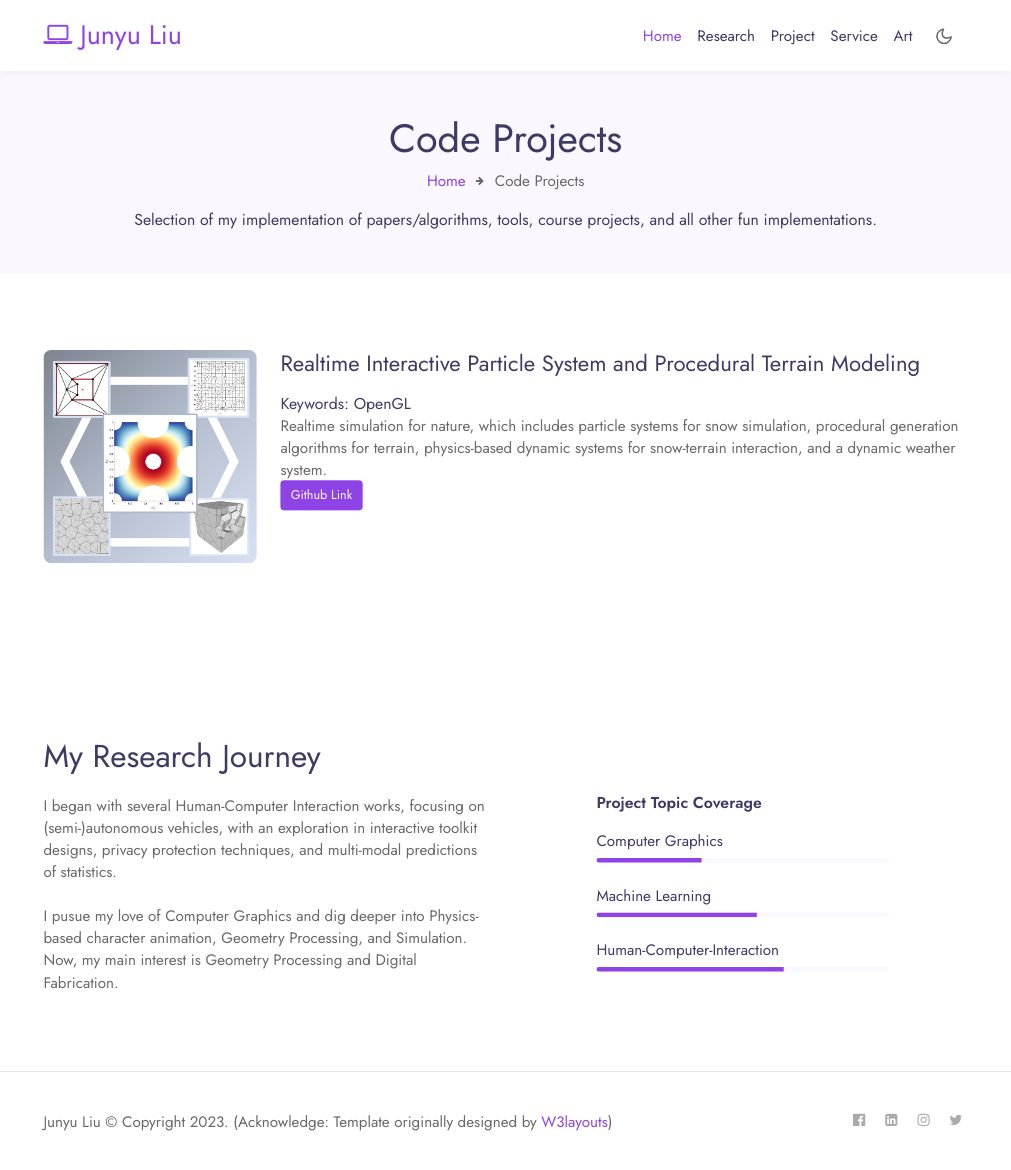
Repository: Junyu-Liu-Nate/junyu-liu-nate.github.io
Page: project.html
These files come from the project's save history. The page is drawn as it stood at one moment and after a run of saves; the edit follows.
The browser window is 1280 px wide. The pictures show the whole page, at 79% of full size.

Above is the page before, as saved 2024-04-10 18:06:59.
Console error: TypeError: Cannot read properties of null (reading 'classList')

### project.html
<!--
Author: Junyu Liu
Author: W3layouts
Author URL: http://w3layouts.com
-->
<!doctype html>
<html lang="en">

<head>
  <!-- Required meta tags -->
  <meta charset="utf-8">
  <meta name="viewport" content="width=device-width, initial-scale=1, shrink-to-fit=no">

  <title>Junyu Liu - Projects</title>

  <!-- google fonts -->
  <link href="//fonts.googleapis.com/css2?family=Jost:wght@300;400;600&display=swap" rel="stylesheet">

  <!-- Template CSS -->
  <link rel="stylesheet" href="assets/css/style-starter.css">
</head>

<body>
<!-- header -->
<header id="site-header" class="fixed-top">
  <div class="container">
      <nav class="navbar navbar-expand-lg stroke">
          <a class="navbar-brand" href="index.html">
              <span class="fa fa-laptop"></span> Junyu Liu
          </a>
          <!-- if logo is image enable this
      <a class="navbar-brand" href="#index.html">
          <img src="image-path" alt="Your logo" title="Your logo" style="height:35px;" />
      </a> -->
          <button class="navbar-toggler  collapsed bg-gradient" type="button" data-toggle="collapse"
              data-target="#navbarTogglerDemo02" aria-controls="navbarTogglerDemo02" aria-expanded="false"
              aria-label="Toggle navigation">
              <span class="navbar-toggler-icon fa icon-expand fa-bars"></span>
              <span class="navbar-toggler-icon fa icon-close fa-times"></span>
              </span>
          </button>

          <div class="collapse navbar-collapse" id="navbarTogglerDemo02">
            <ul class="navbar-nav ml-auto">
                <li class="nav-item active">
                    <a class="nav-link" href="index.html">Home <span class="sr-only">(current)</span></a>
                </li>
                <li class="nav-item @@research_active">
                    <a class="nav-link" href="research.html">Research</a>
                </li>
                <li class="nav-item @@project_active">
                  <a class="nav-link" href="project.html">Project</a>
                </li>
                <li class="nav-item @@service_active">
                  <a class="nav-link" href="service.html">Service</a>
                </li>
                <li class="nav-item @@art_active">
                    <a class="nav-link" href="art.html">Art</a>
                </li>
            </ul>
        </div>
          <!-- toggle switch for light and dark theme -->
          <div class="mobile-position">
              <nav class="navigation">
                  <div class="theme-switch-wrapper">
                      <label class="theme-switch" for="checkbox">
                          <input type="checkbox" id="checkbox">
                          <div class="mode-container">
                              <i class="gg-sun"></i>
                              <i class="gg-moon"></i>
                          </div>
                      </label>
                  </div>
              </nav>
          </div>
          <!-- //toggle switch for light and dark theme -->
      </nav>
  </div>
</header>
<!-- //header -->

<!-- about breadcrumb -->
<section class="w3l-about-breadcrumb text-center">
    <div class="breadcrumb-bg breadcrumb-bg-about py-sm-5 py-4">
        <div class="container py-2">
            <h2 class="title">Code Projects</h2>
            <ul class="breadcrumbs-custom-path mt-2">
                <li><a href="index.html">Home</a></li>
                <li class="active"><span class="fa fa-arrow-right mx-2" aria-hidden="true"></span> Code Projects </li>
            </ul>
            <br>
            <h5>Selection of my implementation of papers/algorithms, tools, course projects, and all other fun implementations.</h5>
        </div>
    </div>
</section>
<!-- //about breadcrumb -->

<!-- about page about section -->
<section class="w3l-aboutblock1" id="about">
    <div class="midd-w3 py-5">
        <div class="container py-lg-5 py-md-3">
              <div class="row">
                <div class="col-lg-3">
                  <div class="position-relative">
                      <img src="assets/images/project/thumnail/port-FEM-vs-VEM.png" alt="" class="radius-image img-fluid">
                  </div>
                </div>
                <div class="col-lg-9 mt-lg-0 mt-5">
                    <!-- <h5 class="title-small mb-2">Hello, I am UI/UX Designer</h5> -->
                    <h3 class="title">Realtime Interactive Particle System and Procedural Terrain Modeling</h3>
                    <br>
                    <h5>Keywords: OpenGL</h5>
                    <p>
                      Realtime simulation for nature, which includes particle systems for snow simulation, procedural generation algorithms for terrain, physics-based dynamic systems for snow-terrain interaction, and a dynamic weather system.
                    </p>
                    <!-- <p class="mt-4">Proposed, developed and validated the first formalization method of Feint actions, the Palindrome-directed Generation of Feint. Designed and developed an automatic Feint generation model, FeintNet, to incorporate action-level policy designs with the formalization, enabling the effectiveness of Feint in multi-agent scenarios. The experiment results show that Feint actions brings overall benefits and introduce a great extent of diversity in Multi-Player Games.</p> -->
                    <!-- <div class="my-info mt-4">
                        <div class="single-info"><span>Status:</span>
                            <p>Under Review</p>
                        </div>
                        <div class="single-info"><span>Topic:</span>
                          <p>Geometry Processing, Simulation</p>
                        </div>
                    </div> -->
                    <div>
                      <a href="https://github.com/Junyu-Liu-Nate/Realtime-Interactive-Particle-System-Procedural-Modeling-OpenGL" class="btn btn-primary">Github Link</a>
                      <!-- <a href="https://youtu.be/e83U_-0MTHk" class="btn btn-primary">Video</a> -->
                      <!-- <a href="#download" class="btn btn-primary">Paper</a> -->
                      <!-- <a href="#download" class="btn btn-primary">Code</a> -->
                      <!-- <a href="#download" class="btn btn-primary">Video</a> -->
                    </div>
                    <!-- <div class="my-social mt-lg-3 mt-4">
                        <a href="#download" class="btn btn-style btn-primary">Detailed Info</a>
                        <ul class="social m-0 p-0">
                            <a href="#download" class="btn btn-outline-primary btn-style mr-2">Website</a>
                            <a href="#download" class="btn btn-outline-primary btn-style mr-2">Paper</a>
                            <a href="#download" class="btn btn-outline-primary btn-style mr-2">Code</a>
                        </ul>
                    </div> -->
                </div>
            </div>

            <!-- <p><br>-----------------------------------------------------------------------------------------------------------------------------------------------------------------------------------<br><br></p> -->
            <p><br></p>

        </div>
    </div>
</section>
<!-- //about page about section -->

<!-- about page third section -->
<section class="w3l-content-6 py-5">
    <div class="content-6-mian py-lg-5 py-md-4">
        <div class="container">
            <div class="content-info-in row">
                <div class="content-gd col-lg-6">
                    <h3 class="title-big mb-4">My Research Journey</h3>
                    <p>
                      I began with several Human-Computer Interaction works, focusing on (semi-)autonomous vehicles, with an exploration in interactive toolkit designs, privacy protection techniques, and multi-modal predictions of statistics.
                      <br><br>

                      I pusue my love of Computer Graphics and dig deeper into Physics-based character animation, Geometry Processing, and Simulation. Now, my main interest is Geometry Processing and Digital Fabrication.
                    </p>
                </div>
                <div class="content-gd col-lg-4 offset-lg-1">
                    <br><br><br>
                    <h5><b>Project Topic Coverage</b></h5><br>
                    <div class="progress-info">
                        <h6 class="progress-tittle">Computer Graphics</h6>
                        <div class="progress">
                            <div class="progress-bar progress-bar-striped" role="progressbar" style="width: 36%"
                                aria-valuenow="36" aria-valuemin="0" aria-valuemax="100">
                            </div>
                        </div>
                    </div>
                    <div class="progress-info">
                        <h6 class="progress-tittle">Machine Learning
                        </h6>
                        <div class="progress">
                            <div class="progress-bar progress-bar-striped" role="progressbar" style="width: 55%"
                                aria-valuenow="55" aria-valuemin="0" aria-valuemax="100">
                            </div>
                        </div>
                    </div>
                    <div class="progress-info">
                        <h6 class="progress-tittle">Human-Computer-Interaction</h6>
                        <div class="progress">
                            <div class="progress-bar progress-bar-striped" role="progressbar" style="width: 64%"
                                aria-valuenow="64" aria-valuemin="0" aria-valuemax="100">
                            </div>
                        </div>
                    </div>
                </div>
            </div>
        </div>
    </div>
</section>
<!-- about page third section -->

<!-- Footer -->
<section class="w3l-footer py-sm-5 py-4">
  <div class="container">
    <div class="footer-content">
      <div class="row">
        <div class="col-lg-8 footer-left">
          <p class="m-0">Junyu Liu © Copyright 2023. (Acknowledge: Template originally designed by <a href="https://w3layouts.com">W3layouts</a>)</p>
        </div>
        <div class="col-lg-4 footer-right text-lg-right text-center mt-lg-0 mt-3">
          <ul class="social m-0 p-0">
            <li><a href="#facebook"><span class="fa fa-facebook-official"></span></a></li>
            <li><a href="#linkedin"><span class="fa fa-linkedin-square"></span></a></li>
            <li><a href="#instagram"><span class="fa fa-instagram"></span></a></li>
            <li><a href="#twitter"><span class="fa fa-twitter"></span></a></li>
          </ul>
        </div>
      </div>
    </div>
  </div>

  <!-- move top -->
  <button onclick="topFunction()" id="movetop" title="Go to top">
    <span class="fa fa-angle-up"></span>
  </button>
  <script>
    // When the user scrolls down 20px from the top of the document, show the button
    window.onscroll = function () {
      scrollFunction()
    };

    function scrollFunction() {
      if (document.body.scrollTop > 20 || document.documentElement.scrollTop > 20) {
        document.getElementById("movetop").style.display = "block";
      } else {
        document.getElementById("movetop").style.display = "none";
      }
    }

    // When the user clicks on the button, scroll to the top of the document
    function topFunction() {
      document.body.scrollTop = 0;
      document.documentElement.scrollTop = 0;
    }
  </script>
  <!-- /move top -->
</section>
<!-- //Footer -->

<!-- all js scripts and files here -->

<script src="assets/js/theme-change.js"></script><!-- theme switch js (light and dark)-->

<script src="assets/js/jquery-3.3.1.min.js"></script><!-- default jQuery -->

<!-- /typig-text-->
<script>
  const typedTextSpan = document.querySelector(".typed-text");
  const cursorSpan = document.querySelector(".cursor");

  const textArray = ["UI/UX Designer", "Freelancer", "Web developer"];
  const typingDelay = 200;
  const erasingDelay = 10;
  const newTextDelay = 100; // Delay between current and next text
  let textArrayIndex = 0;
  let charIndex = 0;

  function type() {
    if (charIndex < textArray[textArrayIndex].length) {
      if (!cursorSpan.classList.contains("typing")) cursorSpan.classList.add("typing");
      typedTextSpan.textContent += textArray[textArrayIndex].charAt(charIndex);
      charIndex++;
      setTimeout(type, typingDelay);
    } else {
      cursorSpan.classList.remove("typing");
      setTimeout(erase, newTextDelay);
    }
  }

  function erase() {
    if (charIndex > 0) {
      // add class 'typing' if there's none
      if (!cursorSpan.classList.contains("typing")) {
        cursorSpan.classList.add("typing");
      }
      typedTextSpan.textContent = textArray[textArrayIndex].substring(0, 0);
      charIndex--;
      setTimeout(erase, erasingDelay);
    } else {
      cursorSpan.classList.remove("typing");
      textArrayIndex++;
      if (textArrayIndex >= textArray.length) textArrayIndex = 0;
      setTimeout(type, typingDelay);
    }
  }

  document.addEventListener("DOMContentLoaded", function () { // On DOM Load initiate the effect
    if (textArray.length) setTimeout(type, newTextDelay + 250);
  });
</script>
<!-- //typig-text-->

<!-- services owlcarousel -->
<script src="assets/js/owl.carousel.js"></script>

<!-- script for services -->
<script>
  $(document).ready(function () {
    $('.owl-two').owlCarousel({
      loop: true,
      margin: 30,
      nav: false,
      responsiveClass: true,
      autoplay: false,
      autoplayTimeout: 5000,
      autoplaySpeed: 1000,
      autoplayHoverPause: false,
      responsive: {
        0: {
          items: 1,
          nav: false
        },
        480: {
          items: 1,
          nav: false
        },
        700: {
          items: 1,
          nav: false
        },
        1090: {
          items: 3,
          nav: false
        }
      }
    })
  })
</script>
<!-- //script for services -->

<!-- script for tesimonials carousel slider -->
<script>
  $(document).ready(function () {
    $("#owl-demo1").owlCarousel({
      loop: true,
      margin: 20,
      nav: false,
      responsiveClass: true,
      responsive: {
        0: {
          items: 1,
          nav: false
        },
        736: {
          items: 1,
          nav: false
        },
        1000: {
          items: 2,
          nav: false,
          loop: false
        }
      }
    })
  })
</script>
<!-- //script for tesimonials carousel slider -->

<!-- video popup -->
<script src="assets/js/jquery.magnific-popup.min.js"></script>
<script>
  $(document).ready(function () {
    $('.popup-with-zoom-anim').magnificPopup({
      type: 'inline',

      fixedContentPos: false,
      fixedBgPos: true,

      overflowY: 'auto',

      closeBtnInside: true,
      preloader: false,

      midClick: true,
      removalDelay: 300,
      mainClass: 'my-mfp-zoom-in'
    });

    $('.popup-with-move-anim').magnificPopup({
      type: 'inline',

      fixedContentPos: false,
      fixedBgPos: true,

      overflowY: 'auto',

      closeBtnInside: true,
      preloader: false,

      midClick: true,
      removalDelay: 300,
      mainClass: 'my-mfp-slide-bottom'
    });
  });
</script>
<!-- //video popup -->

<!-- stats number counter-->
<script src="assets/js/jquery.waypoints.min.js"></script>
<script src="assets/js/jquery.countup.js"></script>
<script>
  $('.counter').countUp();
</script>
<!-- //stats number counter -->

<!-- disable body scroll which navbar is in active -->
<script>
  $(function () {
    $('.navbar-toggler').click(function () {
      $('body').toggleClass('noscroll');
    })
  });
</script>
<!-- disable body scroll which navbar is in active -->

<!--/MENU-JS-->
<script>
  $(window).on("scroll", function () {
    var scroll = $(window).scrollTop();

    if (scroll >= 80) {
      $("#site-header").addClass("nav-fixed");
    } else {
      $("#site-header").removeClass("nav-fixed");
    }
  });

  //Main navigation Active Class Add Remove
  $(".navbar-toggler").on("click", function () {
    $("header").toggleClass("active");
  });
  $(document).on("ready", function () {
    if ($(window).width() > 991) {
      $("header").removeClass("active");
    }
    $(window).on("resize", function () {
      if ($(window).width() > 991) {
        $("header").removeClass("active");
      }
    });
  });
</script>
<!--//MENU-JS-->

<!-- bootstrap js -->
<script src="assets/js/bootstrap.min.js"></script>

</body>

</html>

Loaded but not shown: assets/css/style-starter.css (library); assets/js/theme-change.js (common file); assets/js/jquery-3.3.1.min.js (library); assets/js/owl.carousel.js (library); assets/js/jquery.magnific-popup.min.js (library); assets/js/jquery.waypoints.min.js (library); assets/js/jquery.countup.js (common file); assets/js/bootstrap.min.js (library)

After the next 2 saves:
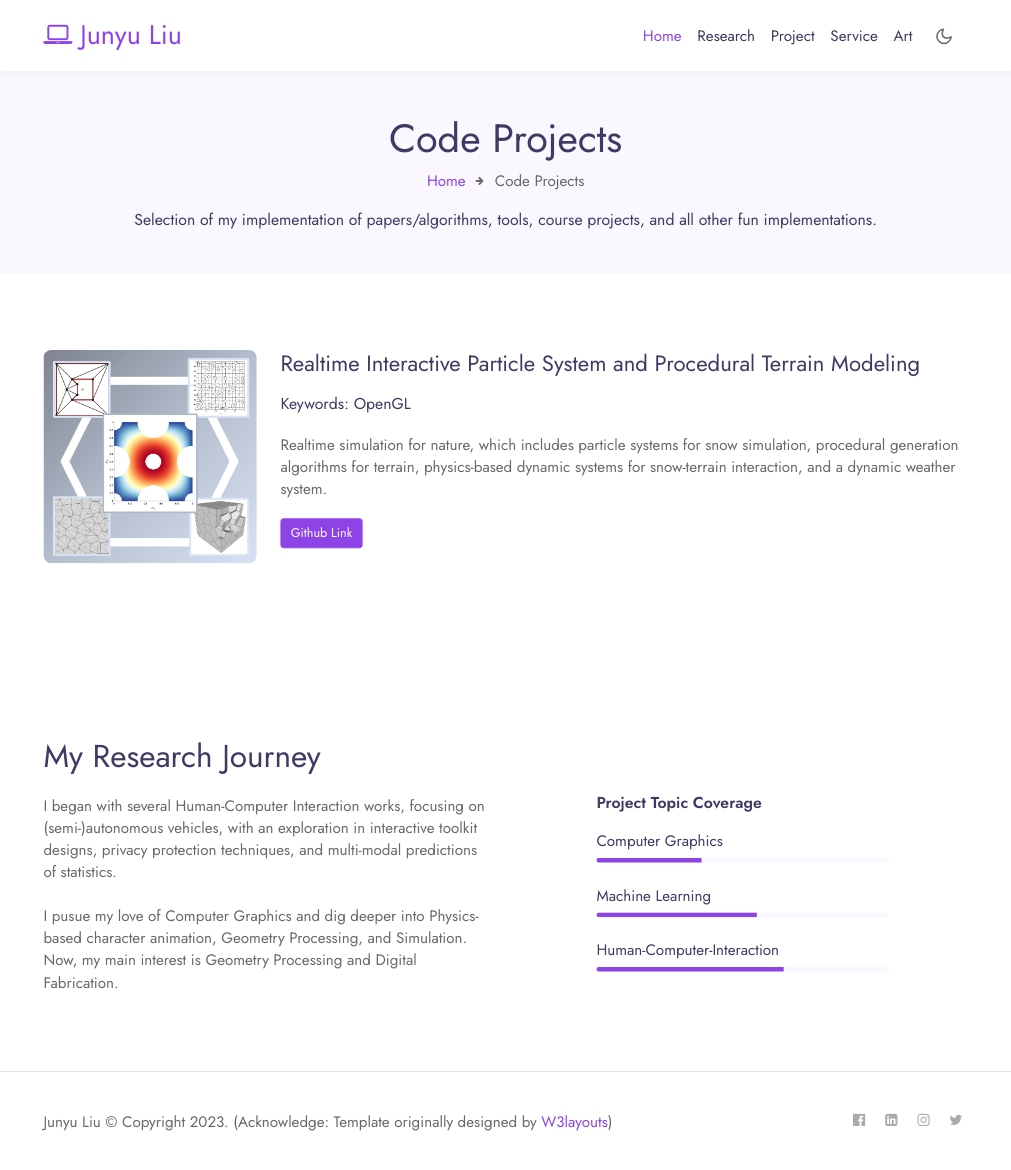
The 2 saves are shown as one change because they came seconds apart.
The last was saved 16 s later.
--- a/project.html
+++ b/project.html
@@ -110,6 +110,7 @@ Author URL: http://w3layouts.com
                     <h3 class="title">Realtime Interactive Particle System and Procedural Terrain Modeling</h3>
                     <br>
                     <h5>Keywords: OpenGL</h5>
+                    <br>
                     <p>
                       Realtime simulation for nature, which includes particle systems for snow simulation, procedural generation algorithms for terrain, physics-based dynamic systems for snow-terrain interaction, and a dynamic weather system.
                     </p>
@@ -122,6 +123,7 @@ Author URL: http://w3layouts.com
                           <p>Geometry Processing, Simulation</p>
                         </div>
                     </div> -->
+                    <br>
                     <div>
                       <a href="https://github.com/Junyu-Liu-Nate/Realtime-Interactive-Particle-System-Procedural-Modeling-OpenGL" class="btn btn-primary">Github Link</a>
                       <!-- <a href="https://youtu.be/e83U_-0MTHk" class="btn btn-primary">Video</a> -->
